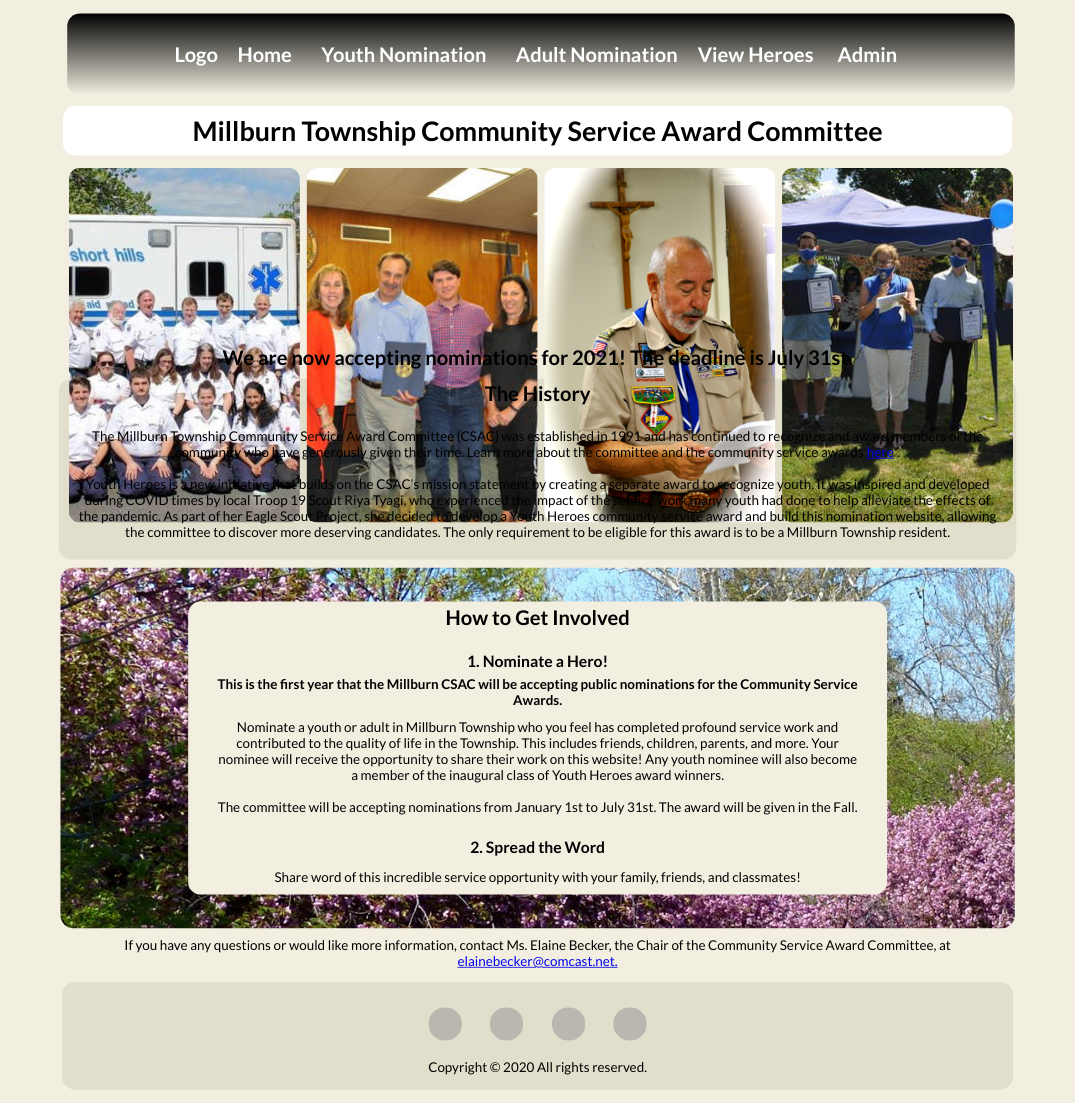
Repository: Centrattic/Young-Heroes-Website
Page: http://localhost/Frontend/home.php
The author's editor kept a copy of each file at every save. The page is drawn from the files as they stood at one save, then again after the next save.
The browser window is 1280 px wide. The pictures show the whole page, at 84% of full size.
Pictures or frames that could not be fetched are drawn as grey boxes. The page is run by PHP 8.4 with error messages shown; the project is at /var/www/html/.

Above is the page before, as saved 2020-12-09 15:35:12.

After the next save:
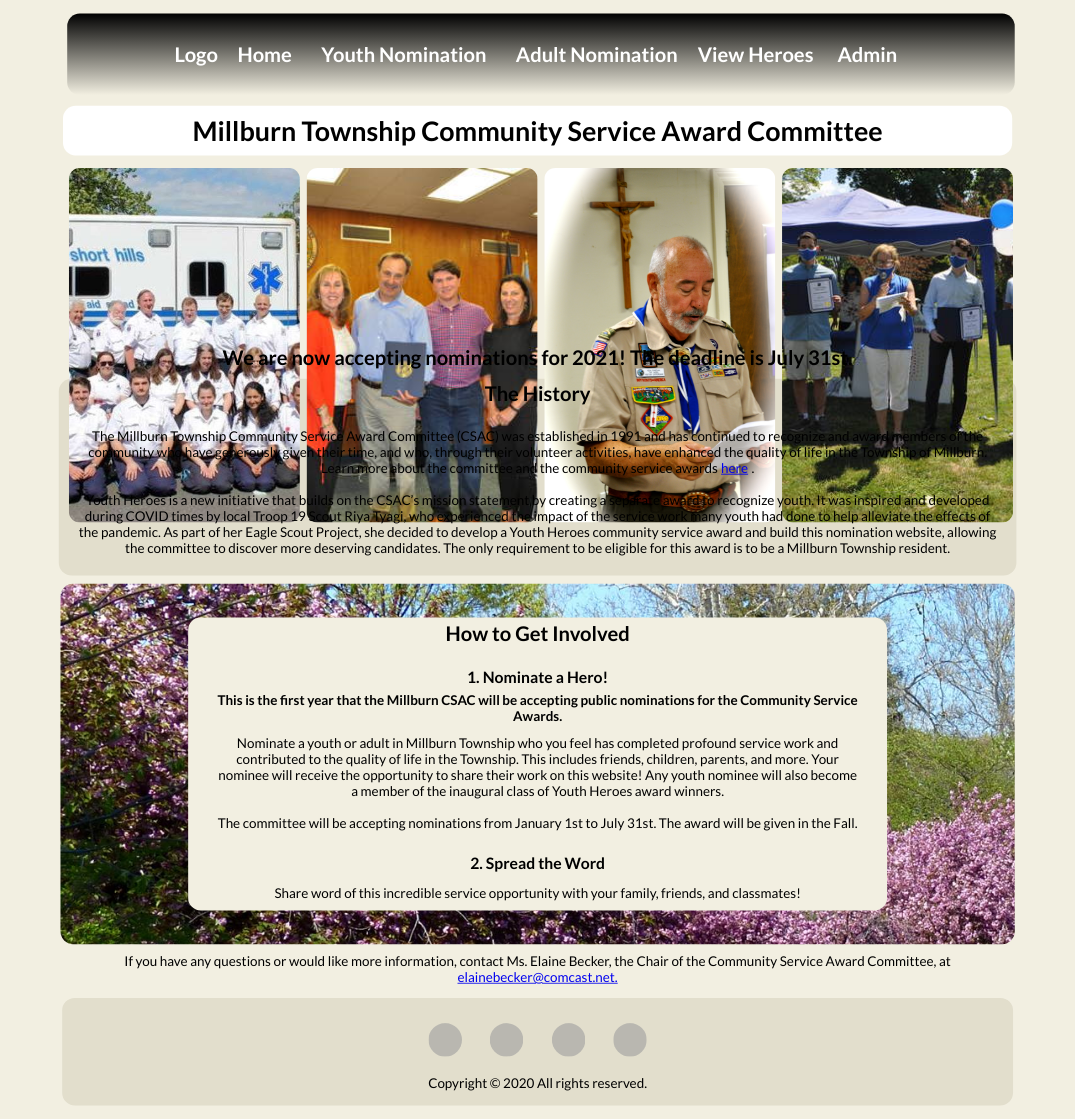
Saved 17 s later.
--- a/Eagle Project/Frontend/home.php
+++ b/Eagle Project/Frontend/home.php
@@ -85,7 +85,7 @@ require '../Backend/dbhconnect.php';
     <div id = "CSAChistory">
       <h2> The History </h2> <br>
       <p> The Millburn Township Community Service Award Committee (CSAC) was established in 1991 and has continued to recognize and award members of the community who have
-        generously given their time. Learn more about the committee and the community service awards<a href = "https://twp.millburn.nj.us/188/Community-Service-Award-Committee">here</a>.
+        generously given their time, and who, through their volunteer activities, have enhanced the quality of life in the Township of Millburn. Learn more about the committee and the community service awards<a href = "https://twp.millburn.nj.us/188/Community-Service-Award-Committee">here</a>.
         <br> <br> Youth Heroes is a new initiative that builds on the CSAC’s mission statement by creating a separate award to recognize youth. It was inspired
         and developed during COVID times by local Troop 19 Scout Riya Tyagi, who experienced the impact of the service work many youth had done to help alleviate
         the effects of the pandemic. As part of her Eagle Scout Project, she decided to develop a Youth Heroes community service award and build this nomination website,
